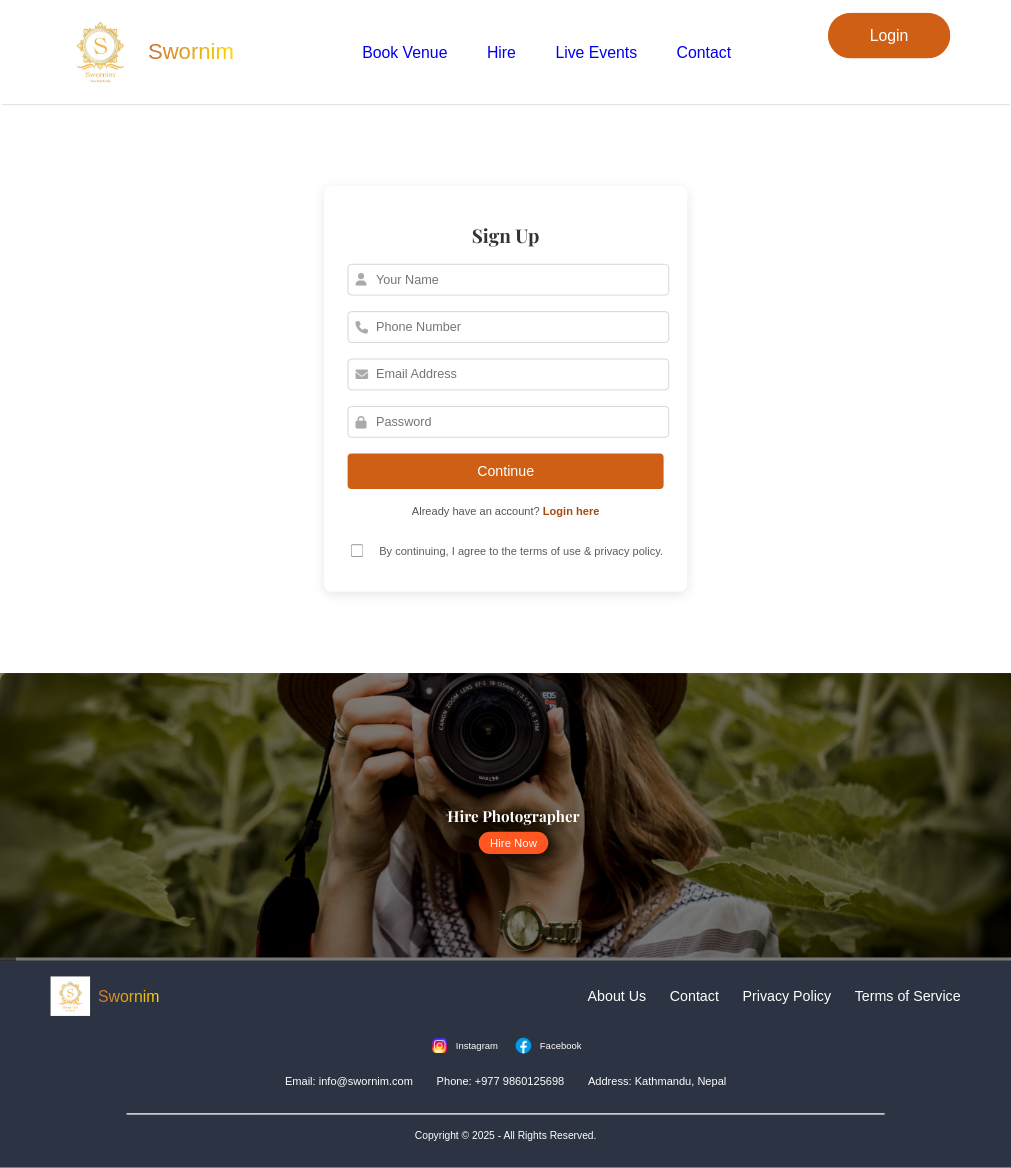
Repository: leonischu/Swornim
Page: /login (app in frontend/)
These files come from the project's save history. The page is drawn as it stood at one moment and after the next save; the edit follows.
The browser window is 1280 px wide. The pictures show the whole page, at 79% of full size.
Pictures or frames that could not be fetched are drawn as grey boxes. The project was rebuilt for these pictures with package versions that can differ from the ones it lists, and the page was loaded fresh each time. Also part of the build but not shown: frontend/src/App.css, frontend/src/Pages/Book.jsx, frontend/src/Pages/Contact.jsx.

Above is the page before, as saved 2025-06-01 18:56:54.

After the next save:
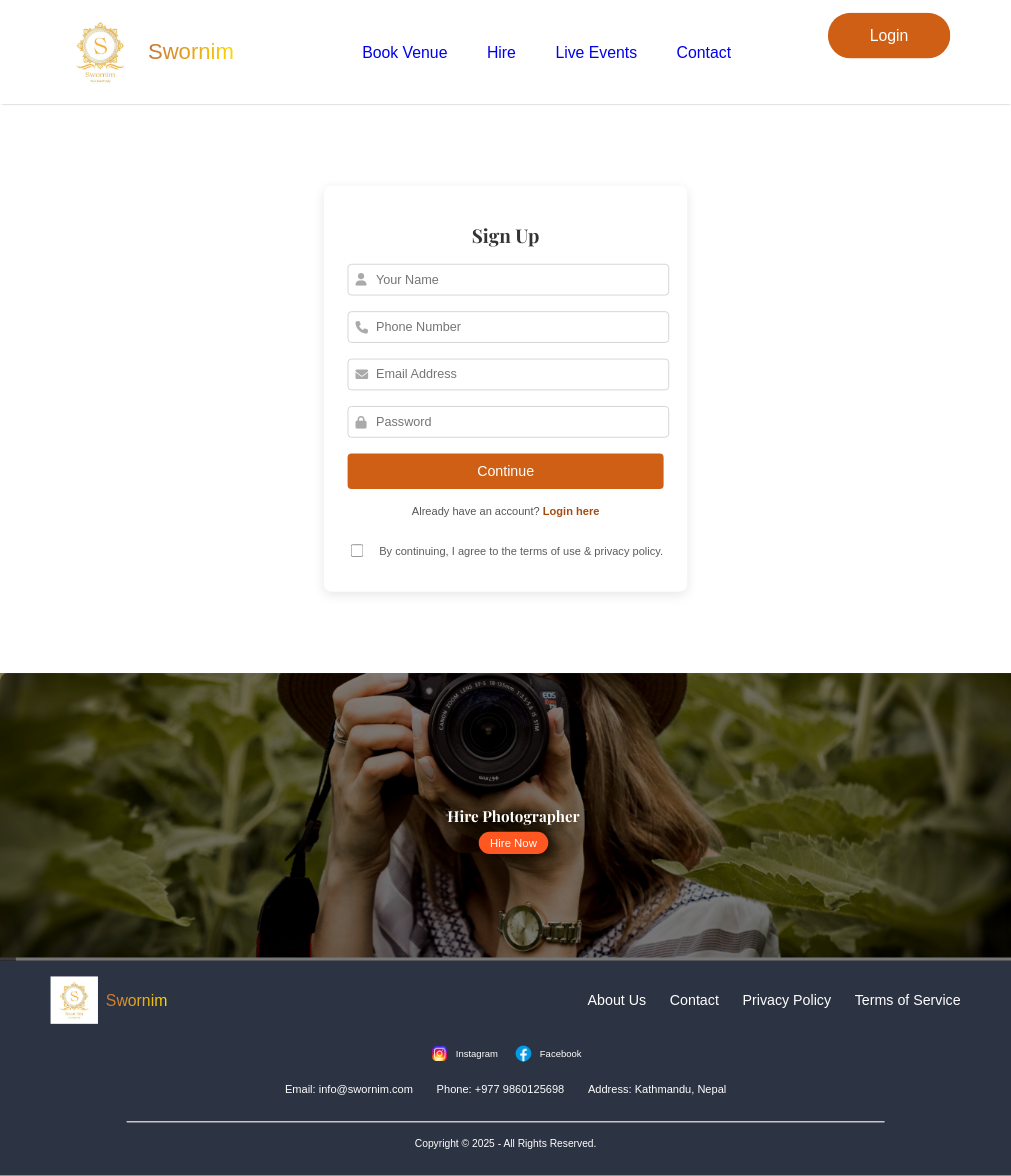
Saved 9 s later.
--- a/frontend/src/Components/Footer/Footer.css
+++ b/frontend/src/Components/Footer/Footer.css
@@ -28,7 +28,7 @@
 }
 
 .footer_logo img {
-  width: 50px;
+  width: 60px;
   height: auto;
 }
 
